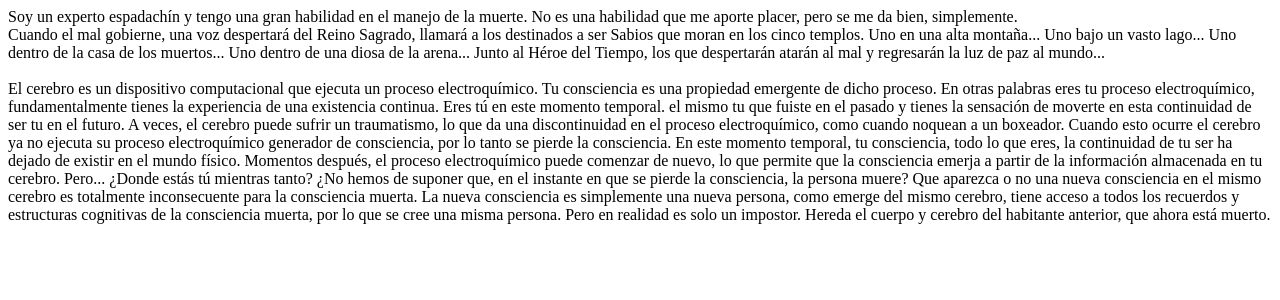
Repository: JesusSePe/M06
Page: jQuery/ej3.html
These files come from the project's save history. The page is drawn as it stood at one moment and after the next save; the edit follows.
The browser window is 1280 px wide. The pictures show the whole page.

Above is the page before, as saved 2021-01-28 18:47:23.

### jQuery/ej3.html
<!DOCTYPE html>
<html>

<head>
    <meta charset="utf-8" />
    <script src="https://code.jquery.com/jquery-3.5.1.min.js"
        integrity="sha256-9/aliU8dGd2tb6OSsuzixeV4y/faTqgFtohetphbbj0=" crossorigin="anonymous"></script>
    <script src="ej3.js"></script>
</head>

<body>
    <div id="primero">
        Soy un experto espadachín y tengo una gran habilidad en el manejo de la muerte. No es una habilidad que me
        aporte placer, pero se me da bien, simplemente.
    </div>
    <div id="segundo">
        Cuando el mal gobierne, una voz despertará del Reino Sagrado, llamará a los destinados a ser Sabios que moran en
        los cinco templos. Uno en una alta montaña... Uno bajo un vasto lago... Uno dentro de la casa de los muertos...
        Uno dentro de una diosa de la arena... Junto al Héroe del Tiempo, los que despertarán atarán al mal y regresarán
        la luz de paz al mundo...
    </div>
    <div id="tercero">
        El cerebro es un dispositivo computacional que ejecuta un proceso electroquímico. Tu consciencia es una
        propiedad emergente de dicho proceso.
        En otras palabras eres tu proceso electroquímico, fundamentalmente tienes la experiencia de una existencia
        continua. Eres tú en este momento temporal. el mismo tu que fuiste en el pasado y tienes la sensación de moverte
        en esta continuidad de ser tu en el futuro. A veces, el cerebro puede sufrir un traumatismo, lo que da una
        discontinuidad en el proceso electroquímico, como cuando noquean a un boxeador. Cuando esto ocurre el cerebro ya
        no ejecuta su proceso electroquímico generador de consciencia, por lo tanto se pierde la consciencia. En este
        momento temporal, tu consciencia, todo lo que eres, la continuidad de tu ser ha dejado de existir en el mundo
        físico. Momentos después, el proceso electroquímico puede comenzar de nuevo, lo que permite que la consciencia
        emerja a partir de la información almacenada en tu cerebro.
        Pero... ¿Donde estás tú mientras tanto? ¿No hemos de suponer que, en el instante en que se pierde la
        consciencia, la persona muere? Que aparezca o no una nueva consciencia en el mismo cerebro es totalmente
        inconsecuente para la consciencia muerta. La nueva consciencia es simplemente una nueva persona, como emerge del
        mismo cerebro, tiene acceso a todos los recuerdos y estructuras cognitivas de la consciencia muerta, por lo que
        se cree una misma persona. Pero en realidad es solo un impostor. Hereda el cuerpo y cerebro del habitante
        anterior, que ahora está muerto.
    </div>
</body>

</html>

### jQuery/ej3.js
$(document).ready(function () {
    addSpaces();
});

function addSpaces() {
    $('#segundo').after("<br>");

}

After the next save:
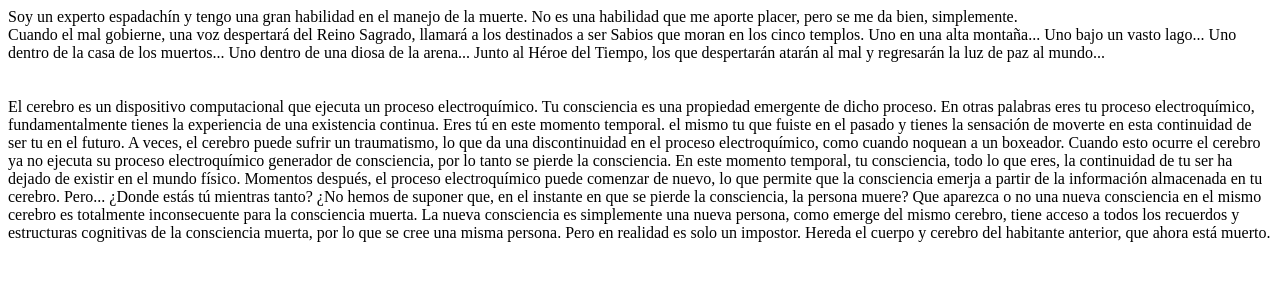
Saved 4 s later.
--- a/jQuery/ej3.js
+++ b/jQuery/ej3.js
@@ -4,5 +4,5 @@ $(document).ready(function () {
 
 function addSpaces() {
     $('#segundo').after("<br>");
-
+    $('#segundo').after("<br>");
 }
